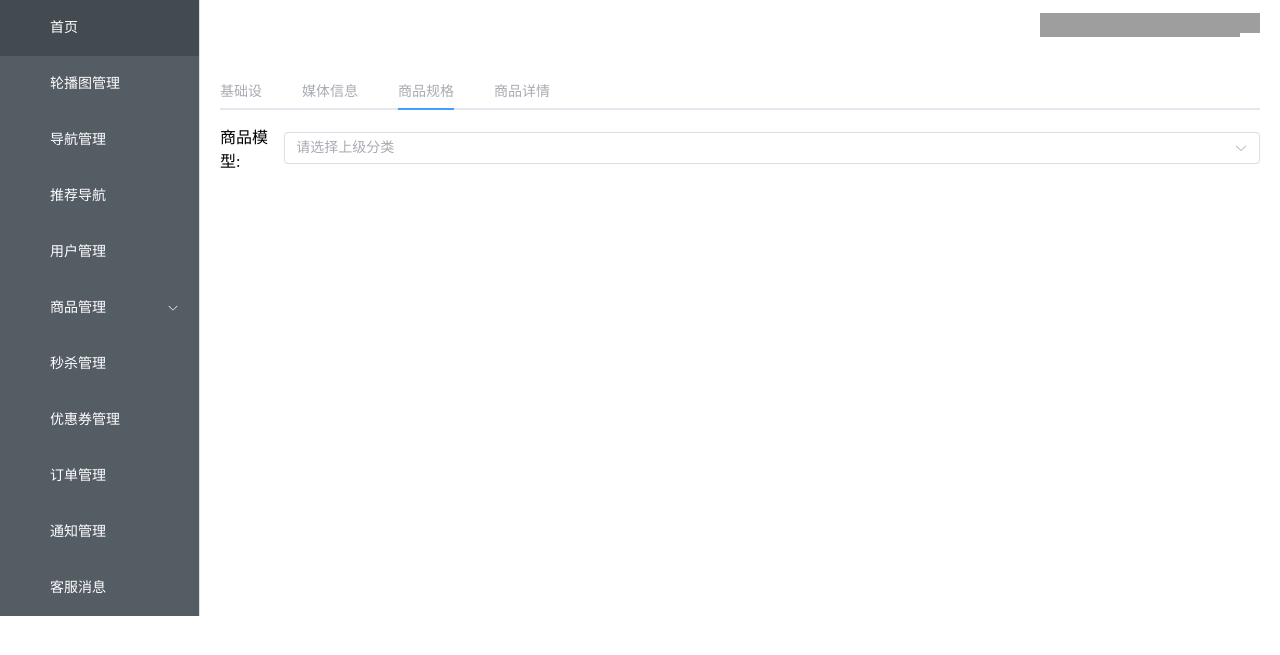
Repository: xinwuhao/CCG
Page: /addgoods
The author's editor kept a copy of each file at every save. The page is drawn from the files as they stood at one save, then again after a run of saves.
The browser window is 1280 px wide. The pictures show the whole page.
Pictures or frames that could not be fetched are drawn as grey boxes. The page's requests for data from a server got no answer. The project was rebuilt for these pictures with package versions that can differ from the ones it lists, and the page was loaded fresh each time. No one was signed in, and anything a server would have sent is missing. Also part of the build but not shown: vite.config.ts.

Above is the page before, as saved 2021-09-24 15:07:19.

After the next 2 saves:
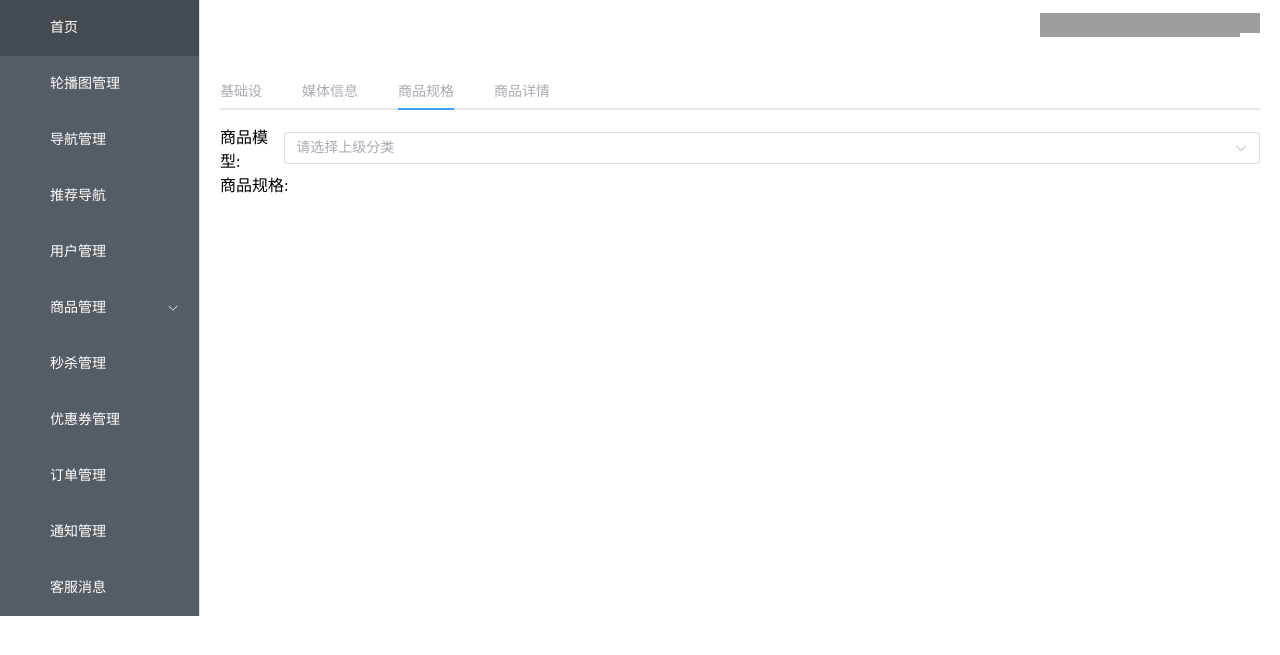
The 2 saves are shown as one change because they came seconds apart.
The last was saved 33 s later.
--- a/src/views/goods/addgoods.vue
+++ b/src/views/goods/addgoods.vue
@@ -210,7 +210,7 @@
             </el-select>
           </div>
           <div style="display: flex">
-
+            <div>商品规格:</div>
           </div>
         </el-tab-pane>
         <el-tab-pane label="商品详情" name="4" disabled>Task</el-tab-pane>
